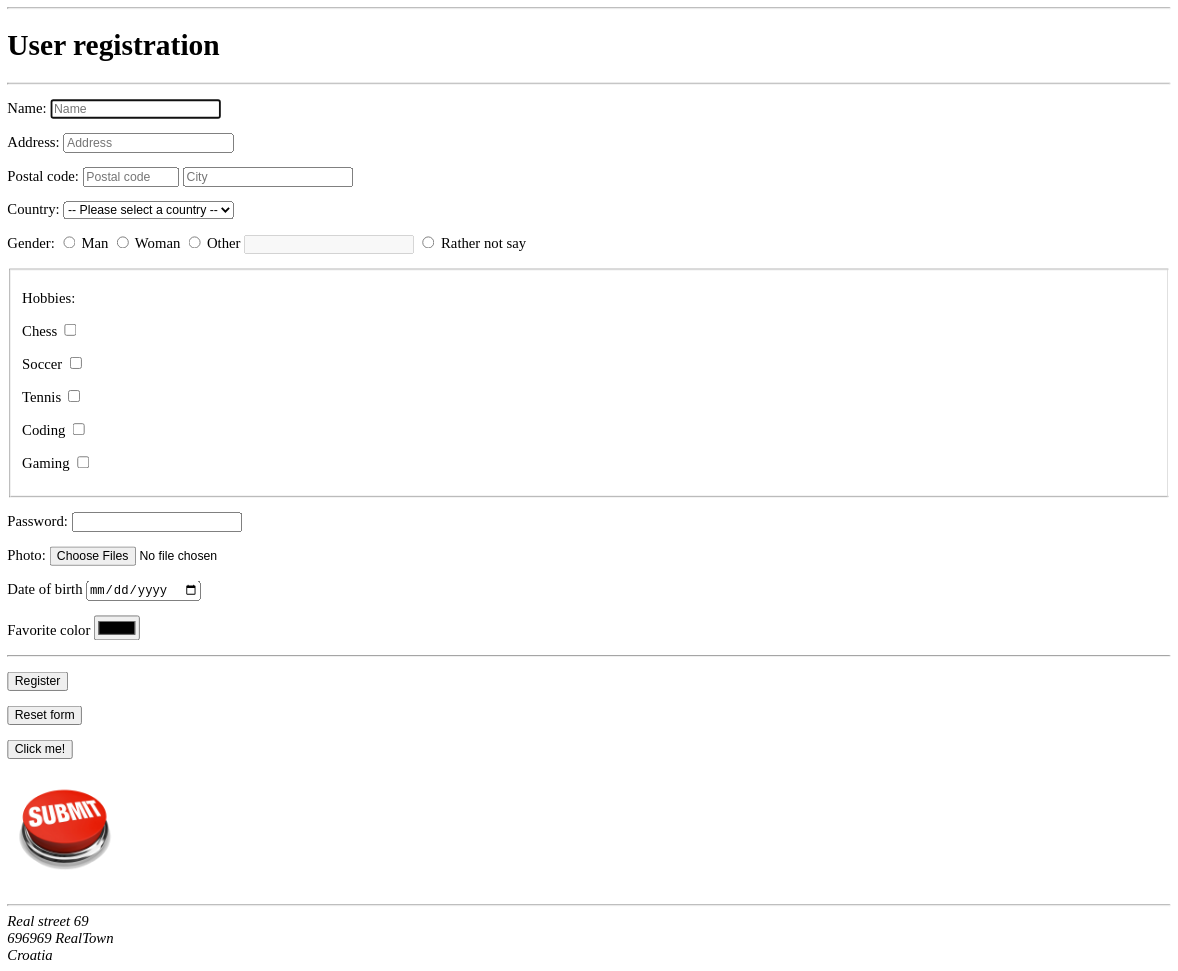
Repository: Filip-Husic/AW_frontend
Page: ex3Forms.html
An editor plug-in stored every save of this project. The page is shown before and after a run of saves, followed by the edit.
The browser window is 1280 px wide. The pictures show the whole page, at 92% of full size.

Above is the page before, as saved 2022-11-23 14:44:21.

After the next 2 saves:
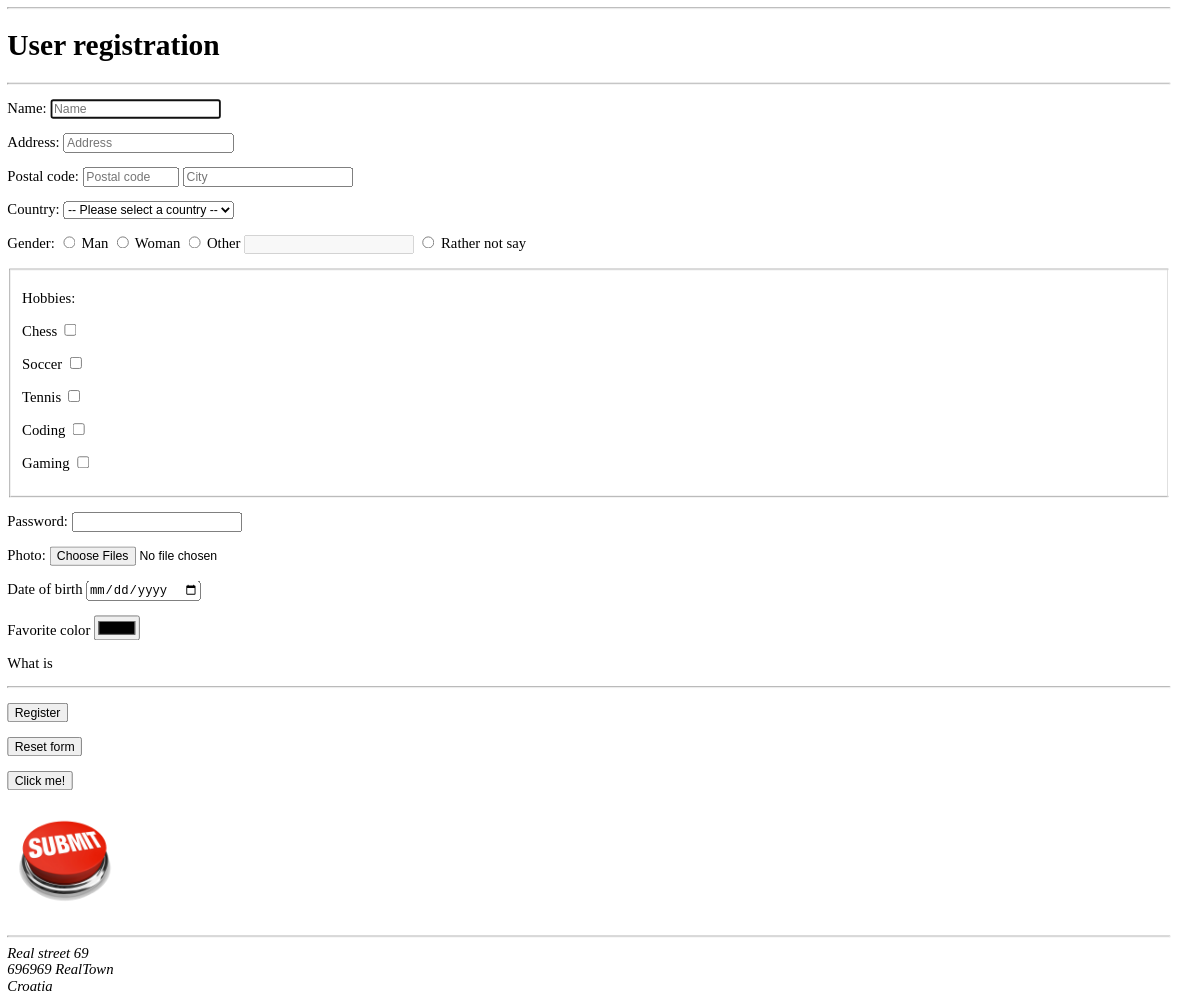
The 2 saves are shown as one change because they came seconds apart.
The last was saved 6 s later.
--- a/ex3Forms.html
+++ b/ex3Forms.html
@@ -89,7 +89,7 @@
             <input type="color" name="color" id="color">
         </p>
         <p>
-            <label for=""></label>
+            <label for="opinion">What is </label>
         </p>
         <hr>
         <p>
